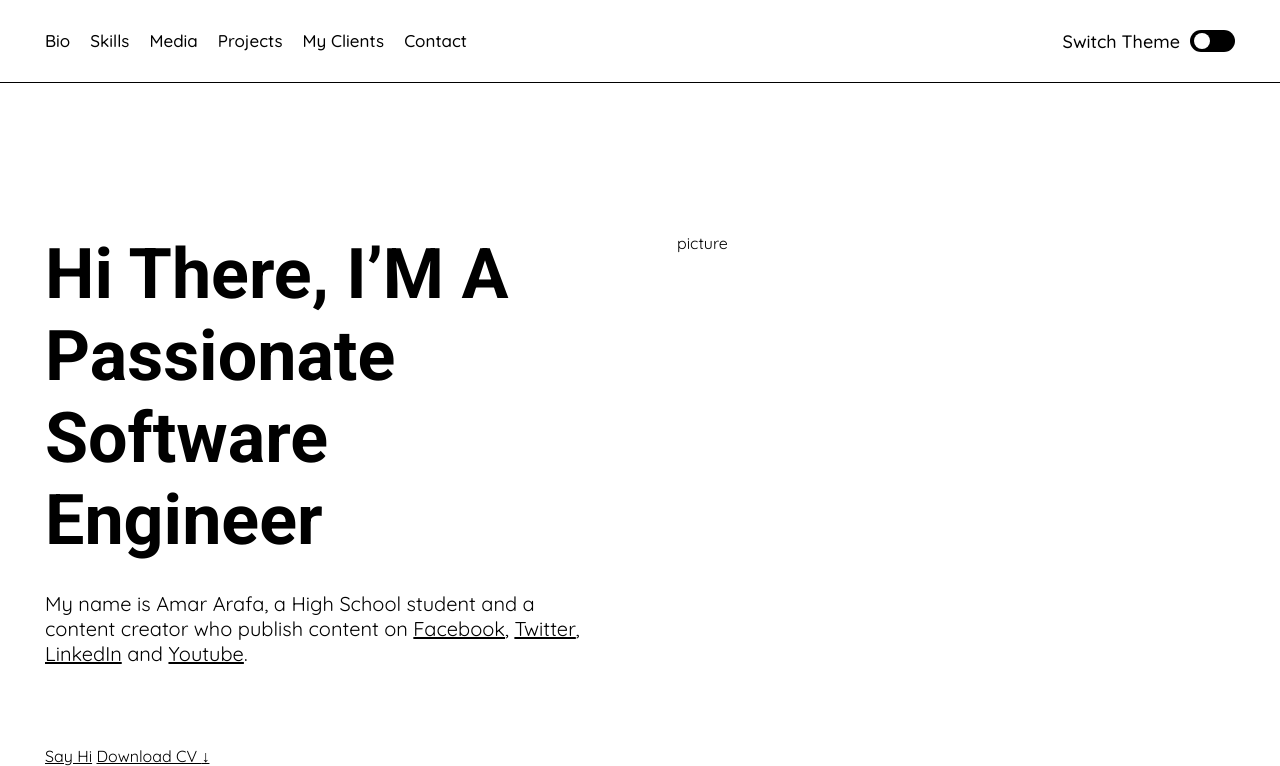
Repository: benarafa1/personal-website
Page: index.html
The author's editor kept a copy of each file at every save. The page is drawn from the files as they stood at one save, then again after the next save.
The browser window is 1280 px wide. The pictures show the whole page.

Above is the page before, as saved 2025-04-12 07:43:35.

### index.html
<!DOCTYPE html>
<html lang="en">
  <head>
    <meta charset="UTF-8" />
    <meta name="viewport" content="width=device-width, initial-scale=1.0" />
    <link rel="preconnect" href="https://fonts.googleapis.com" />
    <link rel="preconnect" href="https://fonts.gstatic.com" crossorigin />
    <link rel="preconnect" href="https://fonts.googleapis.com" />
    <link rel="preconnect" href="https://fonts.gstatic.com" crossorigin />
    <link
      href="https://fonts.googleapis.com/css2?family=Quicksand:wght@300..700&family=Roboto:ital,wght@0,100;0,300;0,400;0,500;0,700;0,900;1,100;1,300;1,400;1,500;1,700;1,900&display=swap"
      rel="stylesheet"
    />

    <link rel="stylesheet" href="style.css" />
    <title>Amar Arafa</title>
  </head>

  <body>
    <div class="container">
      <header class="header">
        <nav class="navigation">
          <ul class="navigation__list">
            <li><a class="navigation__link" href="#">Bio</a></li>
            <li><a class="navigation__link" href="#">Skills</a></li>
            <li><a class="navigation__link" href="#">Media</a></li>
            <li><a class="navigation__link" href="#">Projects</a></li>
            <li><a class="navigation__link" href="#">My Clients</a></li>
            <li><a class="navigation__link" href="#">Contact</a></li>
          </ul>
        </nav>
        <div class="toggle">
          <h3 class="toggle__title">Switch Theme</h3>
          <input
            type="checkbox"
            name="toggle__checkbox"
            id="checkbox"
            class="toggle__checkbox"
          />
          <label for="checkbox" class="toggle__label"></label>
        </div>
      </header>
      <section class="bio section">
        <div class="bio__data-part">
          <h1 class="bio__heading">
            Hi There, I’M A Passionate Software Engineer
          </h1>
          <p class="bio__objective">
            My name is <span class="bio__name">Amar Arafa</span>, a High School
            student and a content creator who publish content on
            <a href="#" class="bio__Facebook">Facebook</a>,
            <a href="#" class="bio__Twitter">Twitter</a>,
            <a href="#" class="bio__LinkedIn">LinkedIn</a> and
            <a href="#" class="bio__Youtube">Youtube</a>.
          </p>
          <a href="#" class="bio__links say-hi-link">Say Hi</a>
          <a href="#" class="bio__links download-cv-link"
            >Download CV <span class="bio__arrow">↓</span></a
          >
        </div>
        <div class="bio__pic-part">picture</div>
      </section>
    </div>
  </body>
</html>

### style.css
:root {
  --container-width: 119rem;
  --gutter: 2rem;
  --color-black: #000;
  --color-white: #fff;
  --color-blue: #2374e1;
  --color-light-blue: #1d9bf0;
  --color-dark-blue: #0a66c2;
  --color-darker-blue: #143ce8;
  --color-red: #ff0000;
  --color-green: #03a696;
  --color-grey: #f6f6f6;
  --color-dark-green: #42959b;
  --color-background: var(--color-white);
  --color-text: var(--color-black);
  --color-box-img: var(--color-black);
  --color-link-bg: var(--color-black);
  --color-input-border: var(--color-black);
  --font-family-Roboto: "Roboto", sans-serif;
  --font-family-Quicksand: "Quicksand", sans-serif;
  --font-weight-regular: 400;
  --font-weight-medium: 500;
  --font-weight-semi-bold: 600;
  --font-weight-bold: 700;
  --font-size-70: 7rem;
  --font-size-65: 6.5rem;
  --font-size-40: 4rem;
  --font-size-38: 3.8rem;
  --font-size-24: 2.4rem;
  --font-size-22: 2.2rem;
  --font-size-20: 2rem;
  --font-size-18: 1.8rem;
  --font-size-15: 1.5rem;
  --transition-timing: 0.3s;
}

/* start CSS Reset */
*,
*::before,
*::after {
  box-sizing: border-box;
  margin: 0;
  padding: 0;
  font: inherit;
}

a {
  color: inherit;
  display: inline-block;
}

button {
  background-color: transparent;
  border: none;
  cursor: pointer;
}

ul,
ol {
  list-style: none;
}
/* end CSS Reset */

body {
  font-size: 1.6rem;
  font-family: var(--font-family-Quicksand);
}

html {
  font-size: 62.5%;
  scroll-behavior: smooth;
  scroll-padding-top: 11rem;
}

.container {
  margin: 0 auto;
  width: var(--container-width);
}

.navigation__list {
  display: flex;
  gap: 2rem;
}
.navigation__link:link,
.navigation__link:visited {
  font-weight: var(--font-weight-medium);
  text-decoration: none;
  font-size: 1.7rem;
}

.navigation__link:hover,
.navigation__link:active {
  text-decoration: underline;
}

.header {
  position: relative;
  padding: 3rem 0;
  display: flex;
  justify-content: center;
}
.header::before {
  content: "";
  position: absolute;
  height: 100%;
  width: 100vw;
  top: 0;
  z-index: -1;
  border-bottom: 0.1rem solid var(--color-input-border);
}

/* toggle start */
.toggle {
  display: flex;
  gap: 1rem;
  margin-left: auto;
}
.toggle__title {
  font-weight: var(--font-weight-medium);
  font-size: var(--font-size-18);
}
.toggle__checkbox {
  display: none;
}

.toggle__label {
  display: block;
  width: 4.5rem;
  height: 2.2rem;
  border-radius: 1.5rem;
  background-color: var(--color-black);
  cursor: pointer;
  padding: 0.3rem 0.4rem;
  transition: var(--transition-timing);
}

.toggle__label::before {
  content: "";
  display: block;
  width: 1.6rem;
  height: 1.6rem;
  border-radius: 50%;
  background-color: var(--color-white);
  transition: var(--transition-timing);
}

.toggle__checkbox:checked + .toggle__label {
  background-color: var(--color-white);
}
.toggle__checkbox:checked + .toggle__label::before {
  background-color: var(--color-black);
  transform: translateX(2.1rem);
}
/* toggle end */
.section {
  display: grid;
  align-items: start;
}
/* bio component start */
.bio {
  margin-top: 15rem;
  grid-template-columns: repeat(2, 1fr);
  gap: 7.4rem;
}

.bio__heading {
  font-family: var(--font-family-Roboto);
  font-size: var(--font-size-70);
  font-weight: var(--font-weight-bold);
}
.bio__objective {
  font-weight: var(--font-weight-regular);
  font-size: var(--font-size-20);
  margin: 3rem 0 8rem;
}
.bio__name {
}
/* bio component end */

After the next save:
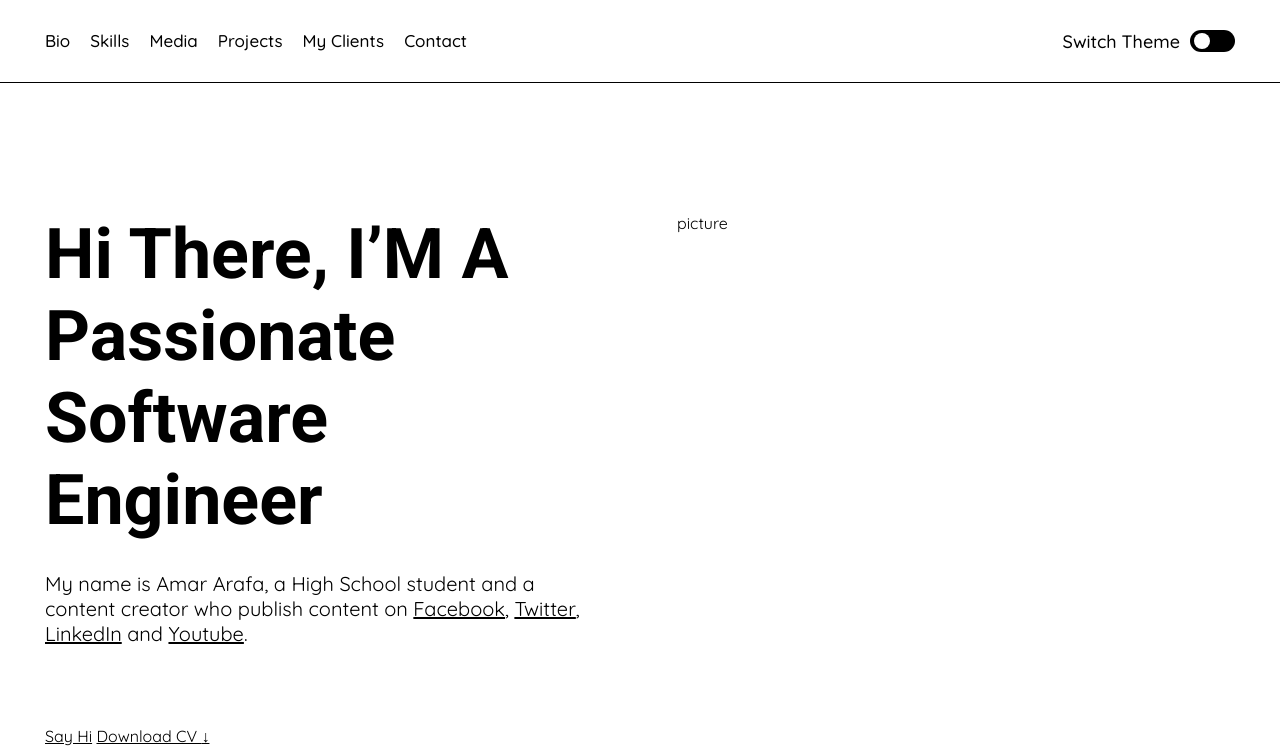
Saved 12 s later.
--- a/style.css
+++ b/style.css
@@ -158,7 +158,7 @@ html {
 }
 /* bio component start */
 .bio {
-  margin-top: 15rem;
+  margin-top: 13rem;
   grid-template-columns: repeat(2, 1fr);
   gap: 7.4rem;
 }
